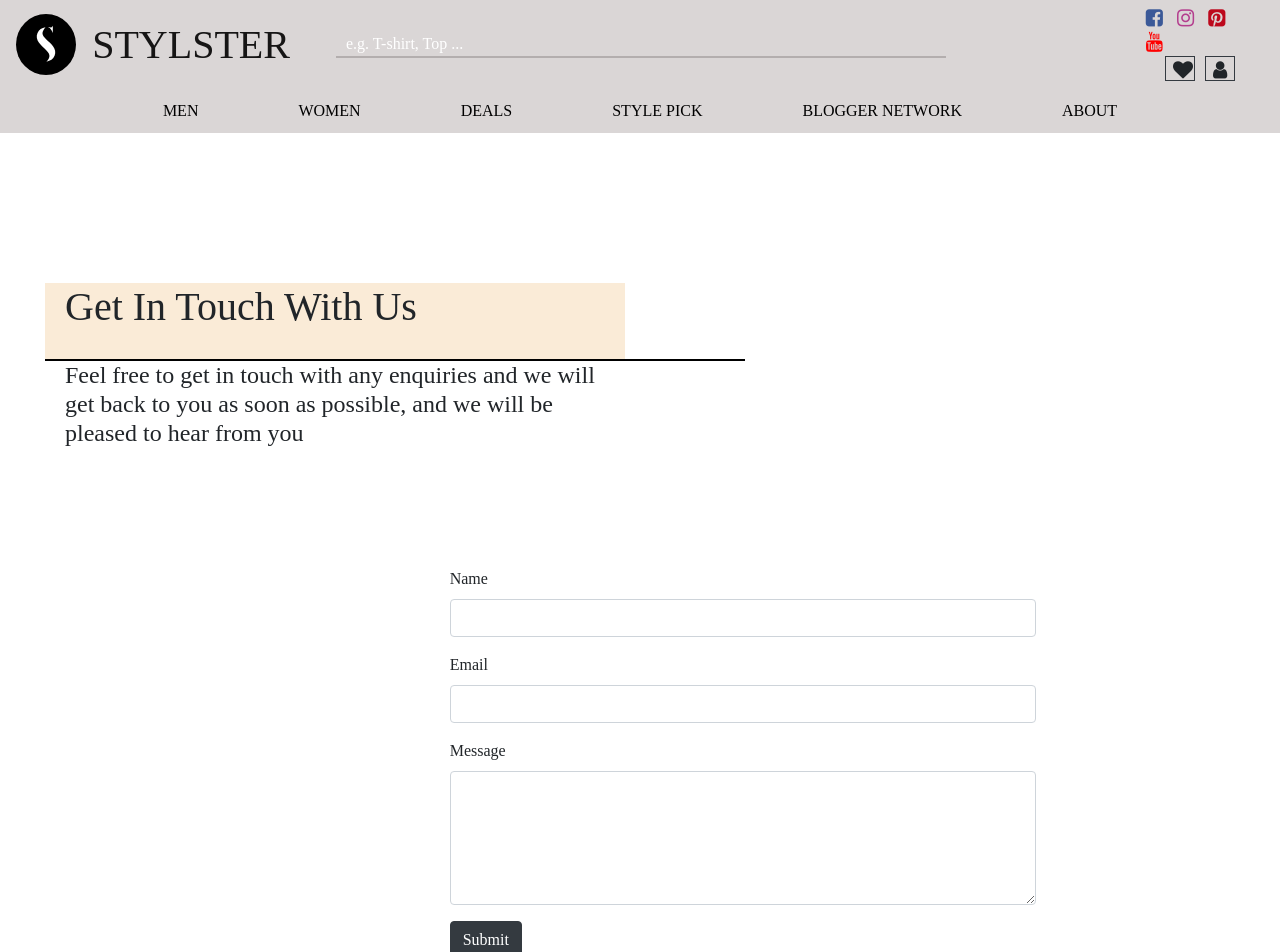
Repository: Lovekr/stylester
Page: stylster_frontend_design/contact.html
These files come from the project's save history. The page is drawn as it stood at one moment and after the next save; the edit follows.
The browser window is 1280 px wide. The pictures show the part of the page from y = 0 to 952 px (the page is 1671 px tall before and 1689 px after).
A picture or video elsewhere on the page could not be fetched, so the positions and the page height are approximate. Some web fonts or font styles are not loaded; a fallback is used.

Above is the page before, as saved 2020-02-26 16:24:32.

After the next save:
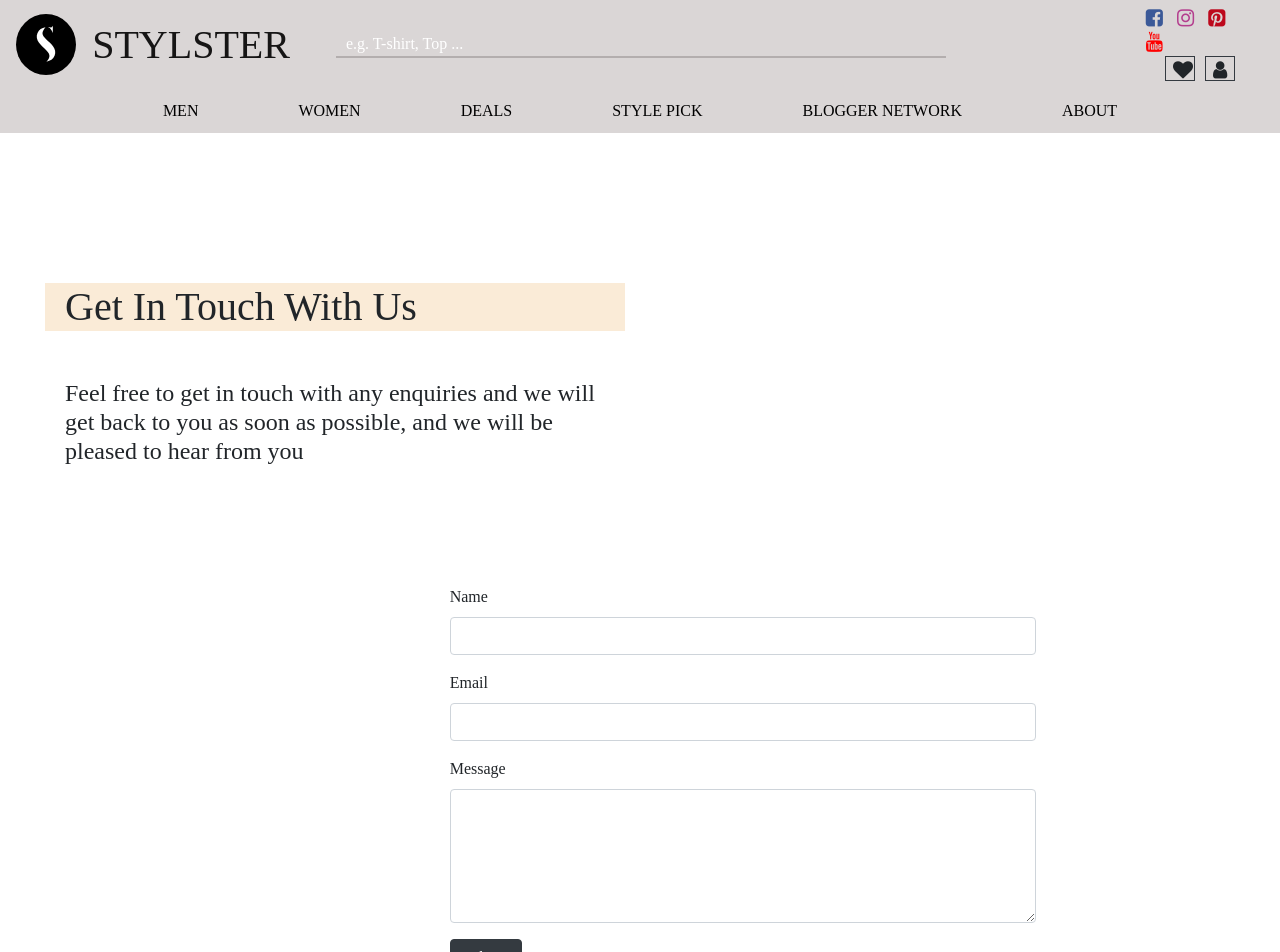
Saved 13 s later.
--- a/stylster_frontend_design/contact.html
+++ b/stylster_frontend_design/contact.html
@@ -65,7 +65,7 @@
            <div class="col-md-6 col-sm-12">
                 <div class="Touch">
                     <div class="bgpinK">
-                        <h1 class=" my-5">Get In Touch With Us</h1><div class="line11"></div>
+                        <h1 class=" my-5">Get In Touch With Us</h1>
                     </div>
                     <h4>Feel free to get in touch with any enquiries and we will get back to you as soon as possible, and we will be pleased to hear from you</h4>
                 </div>
